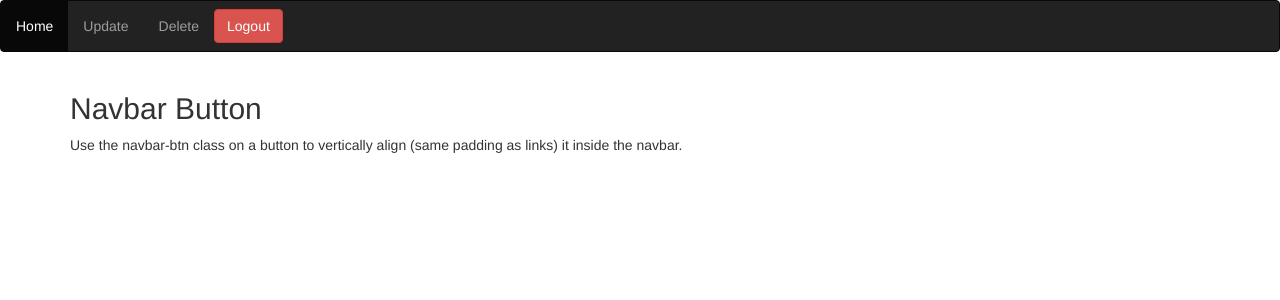
Repository: AvantiKopulwar/Task-Workspace
Page: http://localhost/AdminStudentLogin/homePage.jsp
The author's editor kept a copy of each file at every save. The page is drawn from the files as they stood at one save, then again after the next save.
The browser window is 1280 px wide. The pictures show the whole page.
The page is served by Tomcat 9. Nobody is signed in. The application's start-up code is not run. Other server files are loaded and not shown.

Above is the page before, as saved 2018-10-01 13:37:49.

### AdminStudentLogin/WebContent/homePage.jsp
<%@ page language="java" contentType="text/html; charset=ISO-8859-1"
    pageEncoding="ISO-8859-1"%>
<!DOCTYPE html>
<html lang="en">
<head>
  <title>Bootstrap Example</title>
  <meta charset="utf-8">
  <meta name="viewport" content="width=device-width, initial-scale=1">
  <link rel="stylesheet" href="https://maxcdn.bootstrapcdn.com/bootstrap/3.3.7/css/bootstrap.min.css">
  <script src="https://ajax.googleapis.com/ajax/libs/jquery/3.3.1/jquery.min.js"></script>
  <script src="https://maxcdn.bootstrapcdn.com/bootstrap/3.3.7/js/bootstrap.min.js"></script>
</head>
<body>

<nav class="navbar navbar-inverse">
  <!-- <div class="container-fluid">
    <div class="navbar-header">
      <a class="navbar-brand" href="#">WebSiteName</a>
    </div> -->
    <ul class="nav navbar-nav">
      <li class="active"><a href="#">Home</a></li>
      <li><a href="#">Update</a></li>
      <li><a href="#">Delete</a></li>
    </ul>
    <button class="btn btn-danger navbar-btn">Logout</button>
  </div>
</nav>

<div class="container">
  <h2>Navbar Button</h2>
  <p>Use the navbar-btn class on a button to vertically align (same padding as links) it inside the navbar.</p>
</div>

</body>
</html>

After the next save:
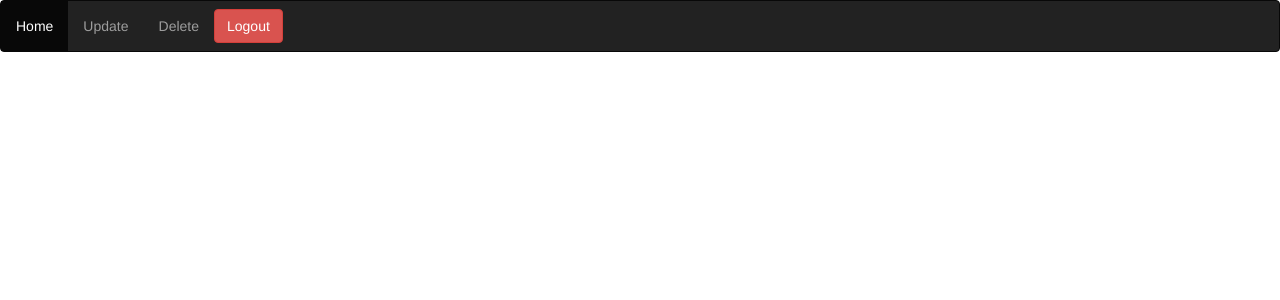
Saved 26 s later.
--- a/AdminStudentLogin/WebContent/homePage.jsp
+++ b/AdminStudentLogin/WebContent/homePage.jsp
@@ -26,10 +26,10 @@
   </div>
 </nav>
 
-<div class="container">
+<!-- <div class="container">
   <h2>Navbar Button</h2>
   <p>Use the navbar-btn class on a button to vertically align (same padding as links) it inside the navbar.</p>
 </div>
-
+ -->
 </body>
 </html>
